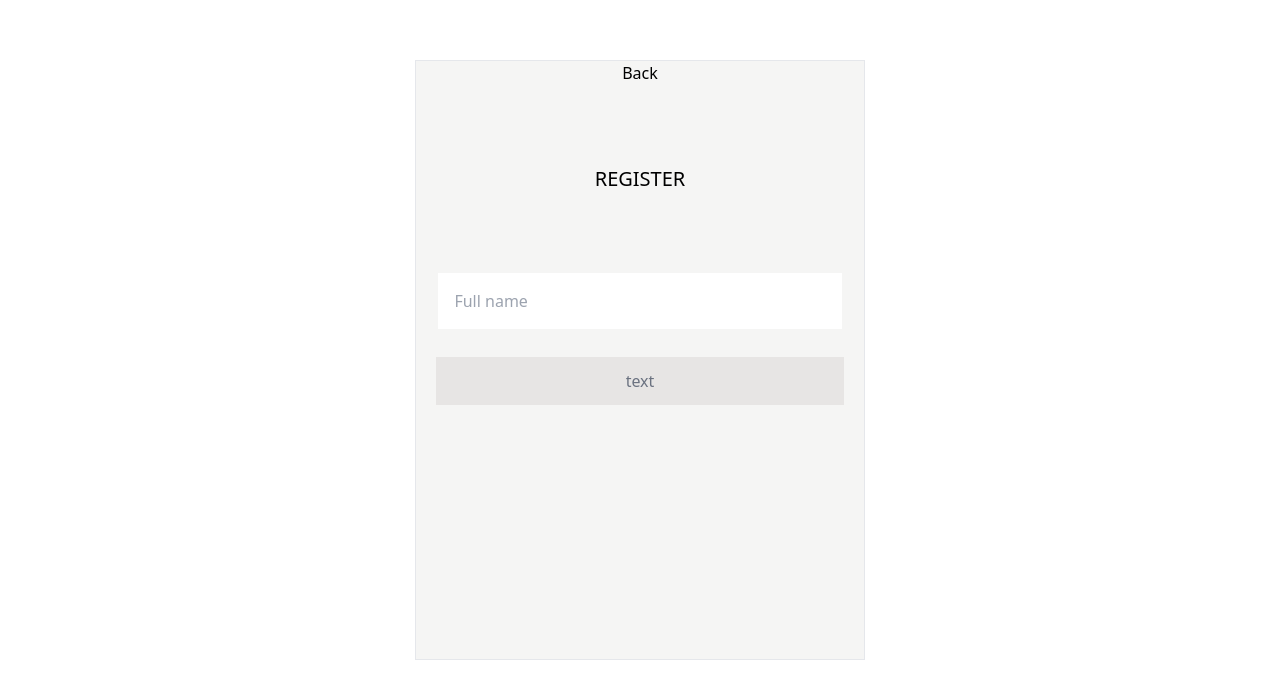
Repository: hsumyatm7308/oop-loginregister-php
Page: login.html
The author's editor kept a copy of each file at every save. The page is drawn from the files as they stood at one save, then again after the next save.
The browser window is 1280 px wide. The pictures show the whole page.
Some web libraries are served in a nearby version.

Above is the page before, as saved 2023-08-01 14:29:45.

After the next save:
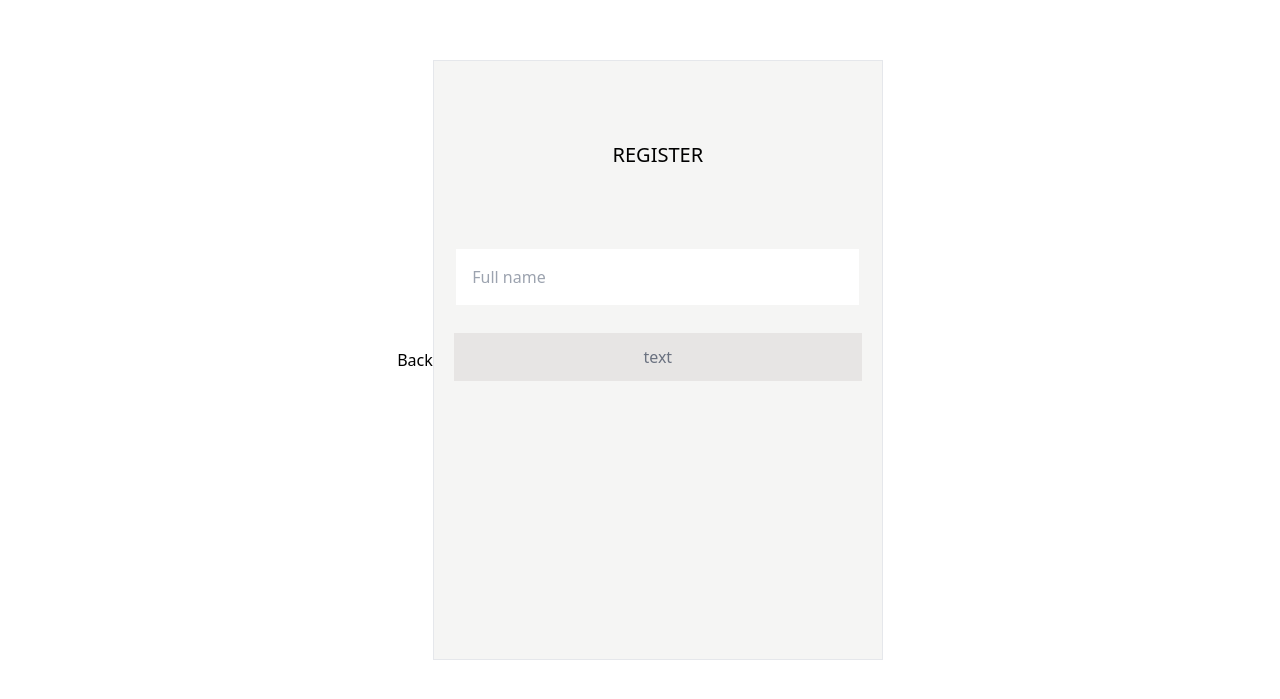
Saved 17 s later.
--- a/login.html
+++ b/login.html
@@ -12,9 +12,10 @@
 </head>
 
 <body class="w-screen h-screen  flex justify-center items-center">
+    <span>Back</span>
+
     <div class="w-[450px] h-[600px] bg-stone-100 border flex items-center flex-col">
 
-        <span>Back</span>
 
         <h1 class="text-xl text-black uppercase mt-20">Register</h1>
 

After the save that followed:
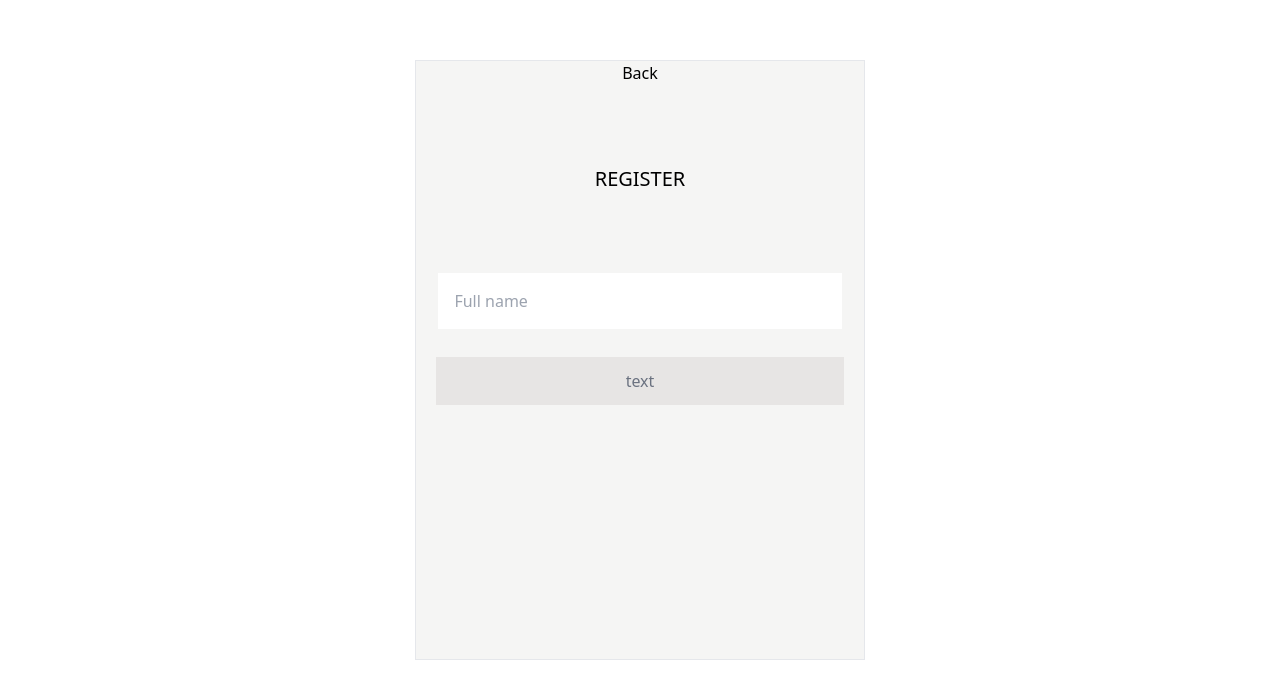
Saved 16 s later.
--- a/login.html
+++ b/login.html
@@ -12,9 +12,9 @@
 </head>
 
 <body class="w-screen h-screen  flex justify-center items-center">
-    <span>Back</span>
 
     <div class="w-[450px] h-[600px] bg-stone-100 border flex items-center flex-col">
+        <span>Back</span>
 
 
         <h1 class="text-xl text-black uppercase mt-20">Register</h1>
